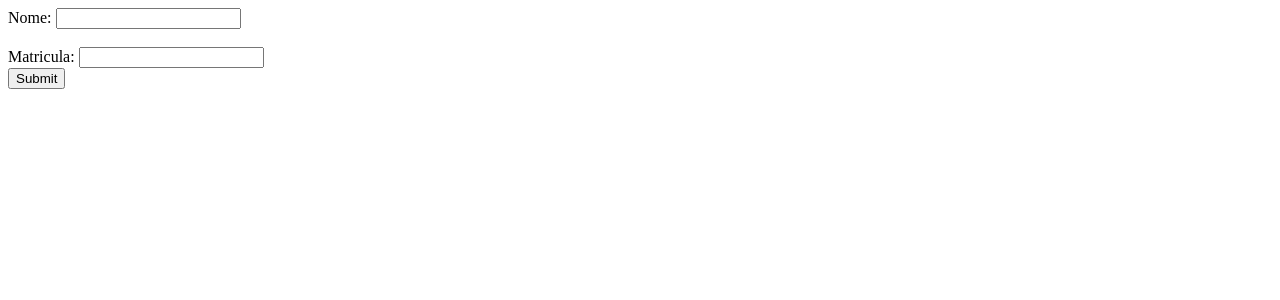
Repository: vandradesa/JavaWeb
Page: javaweb curso/Web2/src/main/webapp/CadastroAluno.html
These files come from the project's save history. The page is drawn as it stood at one moment and after the next save; the edit follows.
The browser window is 1280 px wide. The pictures show the whole page.

Above is the page before, as saved 2023-03-01 22:19:51.

### javaweb curso/Web2/src/main/webapp/CadastroAluno.html
<!DOCTYPE html>
<html>
<head>
<meta charset="ISO-8859-1">
<title>Insert title here</title>
</head>
<body>

	<form action="alunodo" method="POST">
		<div>
			<label for = "nome">Nome:</label>
			<input type="text" name="nome"/>
		</div><br>

		<div>
			<label for = "matricula">Matricula:</label>
			<input type="text" name="matricula"/>
		</div>

		<div>
			<input type="submit" />
		</div>

	</form>

</body>
</html>

After the next save:
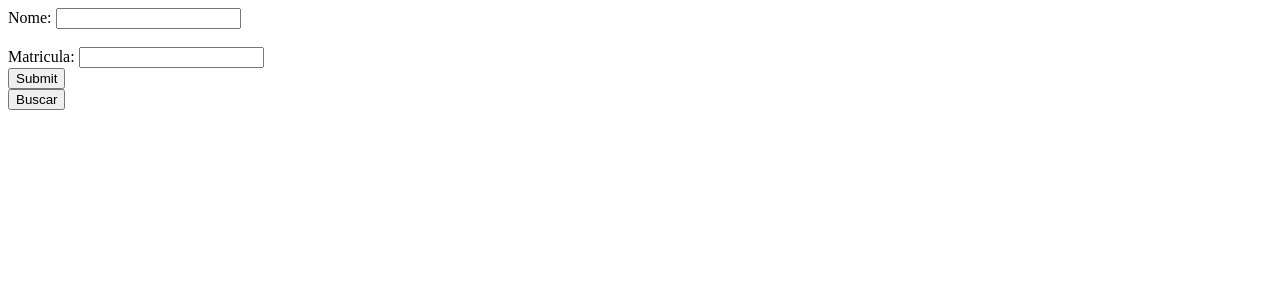
Saved 3 min 11 s later.
--- a/javaweb curso/Web2/src/main/webapp/CadastroAluno.html
+++ b/javaweb curso/Web2/src/main/webapp/CadastroAluno.html
@@ -23,5 +23,12 @@
 
 	</form>
 
+	<div>
+		<form method="Get" action = "listaAlunos">
+				<button type = "submit">Buscar</button>
+		</form>
+
+	</div>
+
 </body>
 </html>
